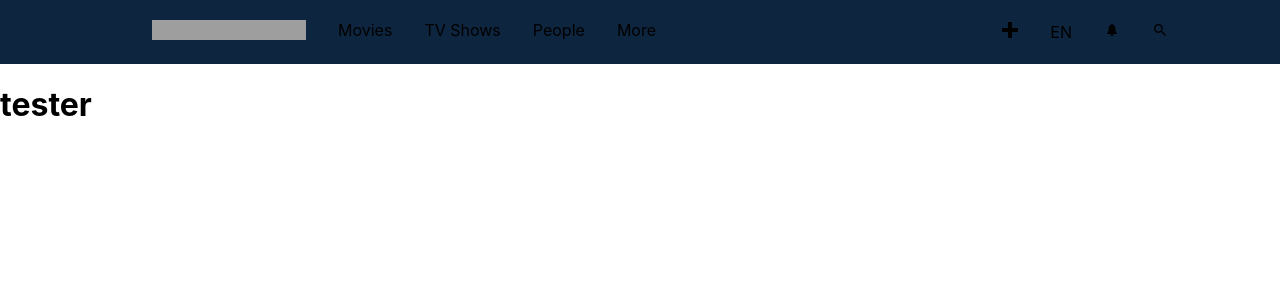
Repository: Fauzaanmhmd/qnpTesFrontend
Page: /
An editor plug-in stored every save of this project. The page is shown before and after the next save, followed by the edit.
The browser window is 1280 px wide. The pictures show the whole page.
Pictures or frames that could not be fetched are drawn as grey boxes. The page's requests for data from a server got no answer. The project was rebuilt for these pictures with package versions that can differ from the ones it lists, and the page was loaded fresh each time. The framework's server and built-in components were replaced by stand-ins that run in the browser. No one was signed in, and anything a server would have sent is missing. Also part of the build but not shown: next.config.js, styles/Moviecard.module.scss, pages/components/Moviecard.tsx.

Above is the page before, as saved 2022-03-17 14:44:11.

After the next save:
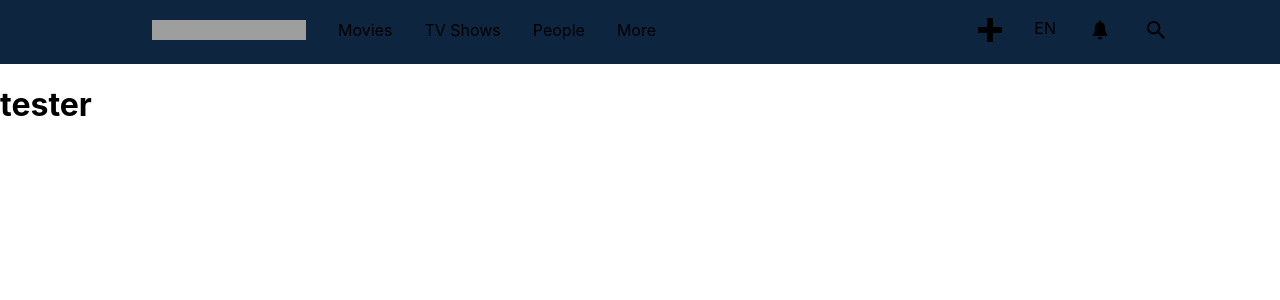
Saved 3 min 45 s later.
--- a/styles/Navbar.module.scss
+++ b/styles/Navbar.module.scss
@@ -35,6 +35,15 @@
 .NavbarIcon {
     display: flex;
     justify-content: center;
+
+    li {
+        a {
+            svg {
+                width: 24px;
+                height: 24px;
+            }
+        }
+    }
 }
 
 .Submenu {
